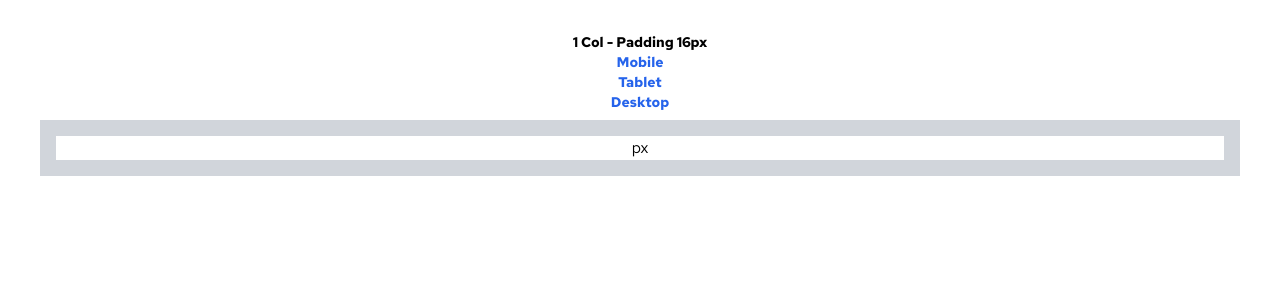
Repository: fabianwurk/vue-tailwind
Page: /
The author's editor kept a copy of each file at every save. The page is drawn from the files as they stood at one save, then again after the next save.
The browser window is 1280 px wide. The pictures show the whole page.
The project was rebuilt for these pictures with package versions that can differ from the ones it lists, and the page was loaded fresh each time. Also part of the build but not shown: vite.config.js.

Above is the page before, as saved 2021-03-16 23:45:01.
Console error: TypeError: this.innerWidth is not a function

After the next save:
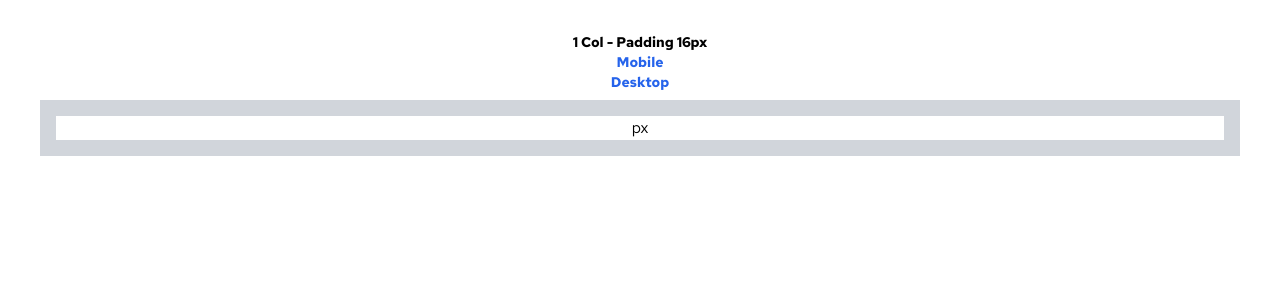
Saved 34 s later.
--- a/src/components/Large.vue
+++ b/src/components/Large.vue
@@ -5,7 +5,7 @@
       <h2 class="text-sm font-bold mb-2 mt-8 text-center">
         1 Col - Padding 16px
         <span class="hidden md:hidden lg:block text-center text-blue-600">Mobile</span>
-        <span class="hidden md:hidden lg:block text-center text-blue-600">Tablet</span>
+        <span class="hidden md:block lg:hidden text-center text-blue-600">Tablet</span>
         <span class="hidden md:hidden lg:block text-center text-blue-600">Desktop</span>
       </h2>
       <div class="flex items-center">
